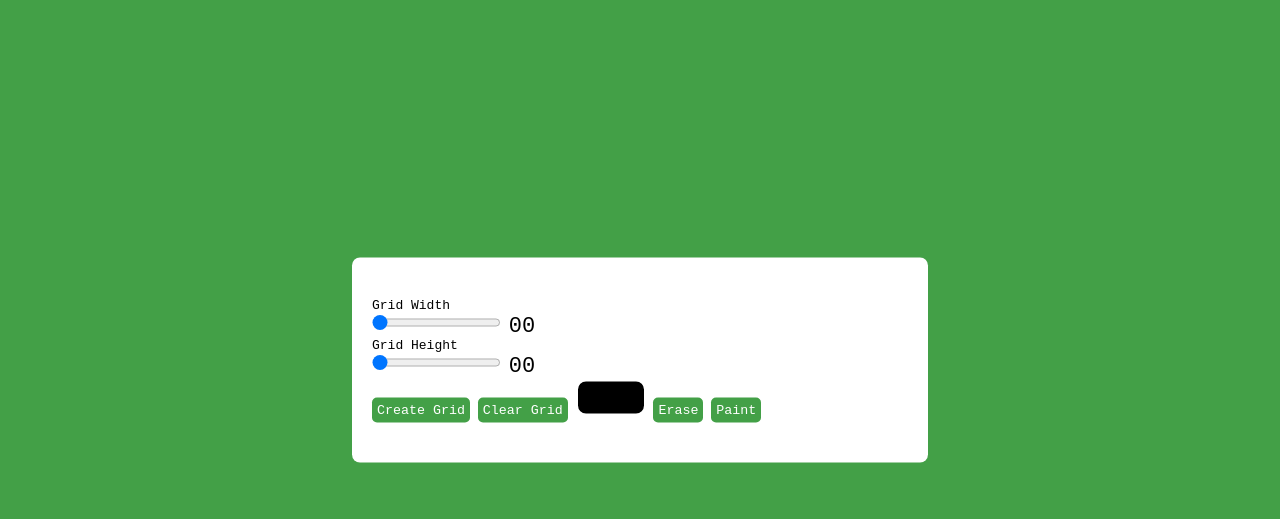
Repository: radisyah/Pixel_Art_Generator
Page: index.html
An editor plug-in stored every save of this project. The page is shown before and after the next save, followed by the edit.
The browser window is 1280 px wide. The pictures show the whole page.

Above is the page before, as saved 2024-11-20 13:11:22.

### index.html
<!DOCTYPE html>
<html lang="en">
<head>
    <meta charset="UTF-8">
    <meta name="viewport" content="width=device-width, initial-scale=1.0">
    <link rel="stylesheet" href="style.css">
    <title>#1 - Pixel Art Generator</title>
</head>
<body>

    <div class="wrapper">

        <div class="options">
            <div class="option-wrapper">
                <div class="slider">
                    <label for="width-range">Grid Width</label>
                    <input type="range" id="width-range" min="1" max="35">
                    <span id="width-value">00</span>
                </div>
                <div class="slider">
                    <label for="height-range">Grid Height</label>
                    <input type="range" id="height-range" min="1" max="35">
                    <span id="height-range">00</span>
                </div>
            </div>

            <div class="option-wrapper">
                <button id="submit-grid">Create Grid</button>
                <button id="clear-grid">Clear Grid</button>
                <input type="color" id="color-input">
                <button id="erase-btn">Erase</button>
                <button id="paint-btn">Paint</button>
            </div>

        </div>

        <div class="container"></div>

    </div>

    <script src="index.js"></script>

</body>
</html>

### style.css
*{
    padding: 0;
    margin: 0;
    box-sizing: border-box;
    font-family: monospace;
}

body{
    background-color: #43a047;
}

.wrapper{
    background-color: #fff;
    width: 80vmin;
    position: absolute;
    transform: translate(-50%, -50%);
    top: 50%;
    left: 50%;
    padding: 40px 20px;
    border-radius: 8px;
}

label{
    display: block;
}

span{
    position: relative;
    font-size: 22px;
    bottom: -1px;
}

.opt-wrapper{
    display: flex;
    justify-content: space-between;
    margin-bottom: 20px;
    gap: 10px;
}

button{
    background-color: #43a047;
    border: none;
    border-radius: 5px;
    padding: 5px;
    color: #fff;
}

input[type="color"]{
    -webkit-appearance: none;
    -moz-appearance: none;
    appearance: none;
    background-color: transparent;
    width: 70px;
    height: 40px;
    border: none;
    cursor: pointer;
}

input[type="color"]::-webkit-color-swatch{
    border-radius: 8px;
    border: 4px solid #000;
}
input[type="color"]::-moz-color-swatch{
    border-radius: 8px;
    border: 4px solid #000;
}

.gridCol{
    height: 1em;
    width: 1em;
    border: 1px solid #ddd;
}

.gridRow{
    display: flex;
}

@media only screen and (max-width: 768px){
    .gridCol{
        height: 0.8em;
        width: 0.8em;
    }
}

### index.js
let container = document.querySelector(".container");
let gridButton = document.getElementById("submit-grid");
let clearGridButton = document.getElementById("clear-grid");
let gridWidth = document.getElementById("width-range");
let gridHeight = document.getElementById("height-range");
let colorButton = document.getElementById("color-input");
let eraseBtn = document.getElementById("erase-btn");
let paintBtn = document.getElementById("paint-btn");
let widthValue = document.getElementById("widht-value");
let heightValue = document.getElementById("height-value");

let events = {
    mouse: {
        down: "mousedown",
        move: "mousemove",
        up: "mouseup"
    },
    touch: {
        down: "touchstart",
        move: "touchmove",
        up: "touchend",
    }
};

let deviceType = "";

let draw = false;
let erase = false;

const isTouchDevice = () => {
    try {
        document.createEvent("TouchEvent");
        deviceType = "touch";
        return true;
    } catch (e) {
        deviceType = "mouse";
        return false;
    }
};

isTouchDevice();

gridButton.addEventListener("click", () => {
    container.innerHTML = "";
    let count = 0;
    for (let i = 0; i < gridHeight.value; i++){
        count += 2;
        let div = document.createElement("div");
        div.classList.add("gridRow");

        for (let j = 0; j < gridWidth.value; j++) {
            count += 2;
            let col = document.createElement("div");
            col.classList.add("gridCol");
            col.setAttribute("id",  `gridCol${count}`);
            col.addEventListener(events[deviceType].down, () => {
                draw = true;
                if (erase) {
                    col.style.backgroundColor = "transparent";
                } else {
                    col.style.backgroundColor = colorButton.value;
                }
            });

            col.addEventListener(events[deviceType].move, (e) => {
                let elementId = document.elementFromPoint(
                    !isTouchDevice() ? e.clientX : e.touches[0].clientX,
                    !isTouchDevice() ? e.clientY : e.touches[0].clientY,
                ).id;
                checker(elementId);
            });

            col.addEventListener(events[deviceType].up, () => {
                draw = false;
            });

            div.appendChild(col);
        }

        container.appendChild(div);
    }
});


function checker(elementId){
    let gridColumns = document.querySelectorAll(".gridCol");
    gridColumns.forEach((element) => {
        if (elementId == element.id) {
            if (draw && !erase) {
                element.style.backgroundColor = colorButton.value;
            } else if (draw && erase) {
                element.style.backgroundColor = "transparent";
            }
        }
    });
}


clearGridButton.addEventListener("click", () => {
    container.innerHTML = "";
});

eraseBtn.addEventListener("click", () => {
    erase = true;
});

paintBtn.addEventListener("click", () => {
    erase = false;
});

gridWidth.addEventListener("input", () => {
    widthValue.innerHTML = gridWidth.value < 9 ? `0${gridWidth.value}` : gridWidth.value;
});

gridHeight.addEventListener("input", () => {
    heightValue.innerHTML = gridHeight.value < 9 ? `0${gridHeight.value}` : gridHeight.value;
});

window.onload = () => {
    gridHeight.value = 0;
    gridWidth.value = 0;
};

After the next save:
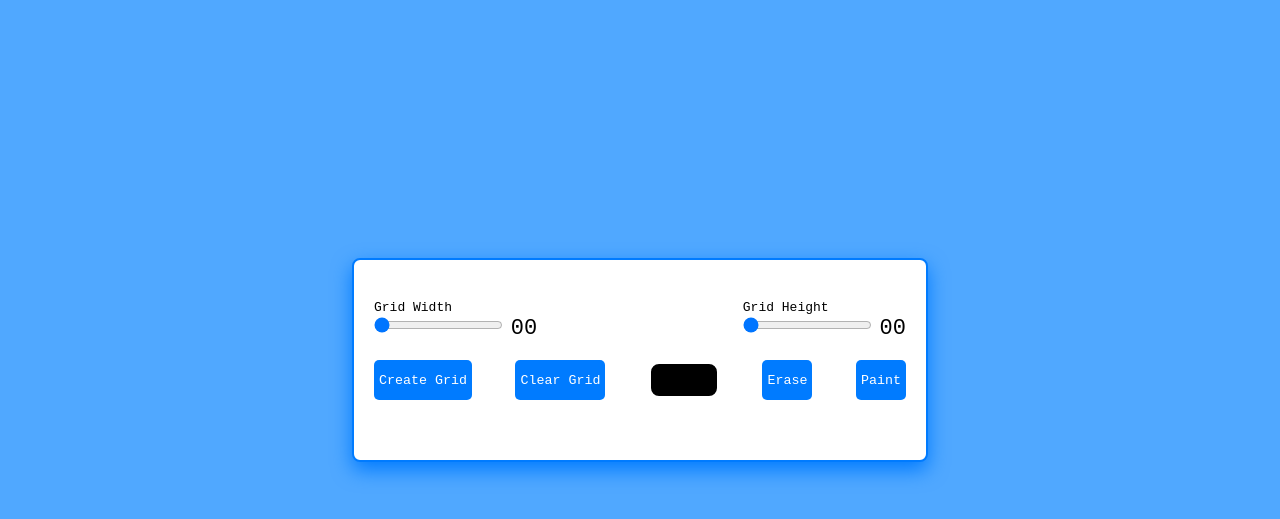
Saved 4 s later.
--- a/style.css
+++ b/style.css
@@ -6,11 +6,11 @@
 }
 
 body{
-    background-color: #43a047;
+    background-color: #50a8ff;
 }
 
 .wrapper{
-    background-color: #fff;
+    background-color: white;
     width: 80vmin;
     position: absolute;
     transform: translate(-50%, -50%);
@@ -18,6 +18,9 @@
     left: 50%;
     padding: 40px 20px;
     border-radius: 8px;
+    box-shadow: 0 8px 20px  #007bff;
+    /* transition: transform 0.3s ease-in-out; */
+    border: 2px solid #007bff;
 }
 
 label{
@@ -30,7 +33,7 @@
     bottom: -1px;
 }
 
-.opt-wrapper{
+.option-wrapper{
     display: flex;
     justify-content: space-between;
     margin-bottom: 20px;
@@ -38,11 +41,11 @@
 }
 
 button{
-    background-color: #43a047;
-    border: none;
+    background-color: #007bff;
+    border: 0;
     border-radius: 5px;
     padding: 5px;
-    color: #fff;
+    color: white;
 }
 
 input[type="color"]{
@@ -58,11 +61,7 @@
 
 input[type="color"]::-webkit-color-swatch{
     border-radius: 8px;
-    border: 4px solid #000;
-}
-input[type="color"]::-moz-color-swatch{
-    border-radius: 8px;
-    border: 4px solid #000;
+    border: 4px solid black;
 }
 
 .gridCol{

After the 4 saves that followed:
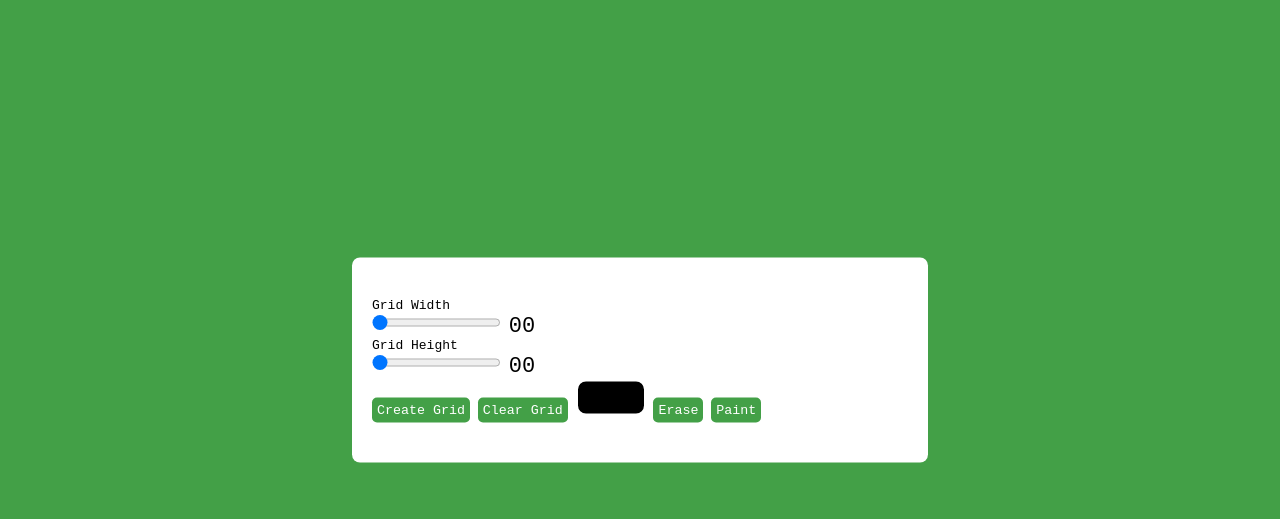
The 4 saves are shown as one change because 3 left the picture as it was.
The last was saved 106 s later.
--- a/style.css
+++ b/style.css
@@ -6,11 +6,11 @@
 }
 
 body{
-    background-color: #50a8ff;
+    background-color: #43a047;
 }
 
 .wrapper{
-    background-color: white;
+    background-color: #fff;
     width: 80vmin;
     position: absolute;
     transform: translate(-50%, -50%);
@@ -18,9 +18,6 @@
     left: 50%;
     padding: 40px 20px;
     border-radius: 8px;
-    box-shadow: 0 8px 20px  #007bff;
-    /* transition: transform 0.3s ease-in-out; */
-    border: 2px solid #007bff;
 }
 
 label{
@@ -33,7 +30,7 @@
     bottom: -1px;
 }
 
-.option-wrapper{
+.opt-wrapper{
     display: flex;
     justify-content: space-between;
     margin-bottom: 20px;
@@ -41,11 +38,11 @@
 }
 
 button{
-    background-color: #007bff;
-    border: 0;
+    background-color: #43a047;
+    border: none;
     border-radius: 5px;
     padding: 5px;
-    color: white;
+    color: #fff;
 }
 
 input[type="color"]{
@@ -61,7 +58,11 @@
 
 input[type="color"]::-webkit-color-swatch{
     border-radius: 8px;
-    border: 4px solid black;
+    border: 4px solid #000;
+}
+input[type="color"]::-moz-color-swatch{
+    border-radius: 8px;
+    border: 4px solid #000;
 }
 
 .gridCol{
